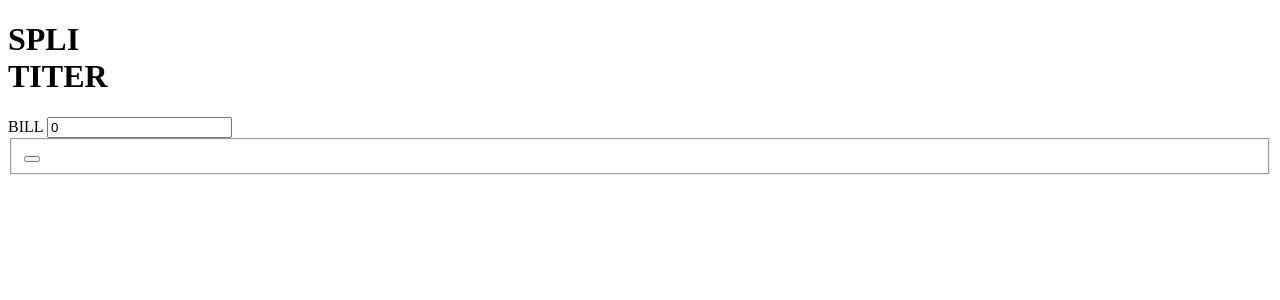
Repository: kellyjohanasalb/calduladora
Page: index.html
The author's editor kept a copy of each file at every save. The page is drawn from the files as they stood at one save, then again after a run of saves.
The browser window is 1280 px wide. The pictures show the whole page.

Above is the page before, as saved 2023-08-15 21:00:32.

After the next 2 saves:
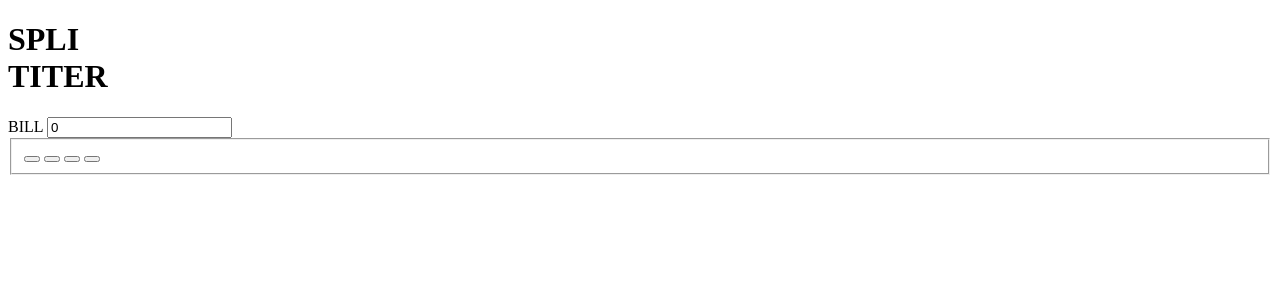
The 2 saves are shown as one change because they came seconds apart.
The last was saved 15 s later.
--- a/index.html
+++ b/index.html
@@ -16,6 +16,9 @@
 
             <fieldset clas="btns">
                 <button type=""></button>
+                <button type=""></button>
+                <button type=""></button>
+                <button type=""></button>
             </fieldset>
         </div>
         <div class="result-section">
